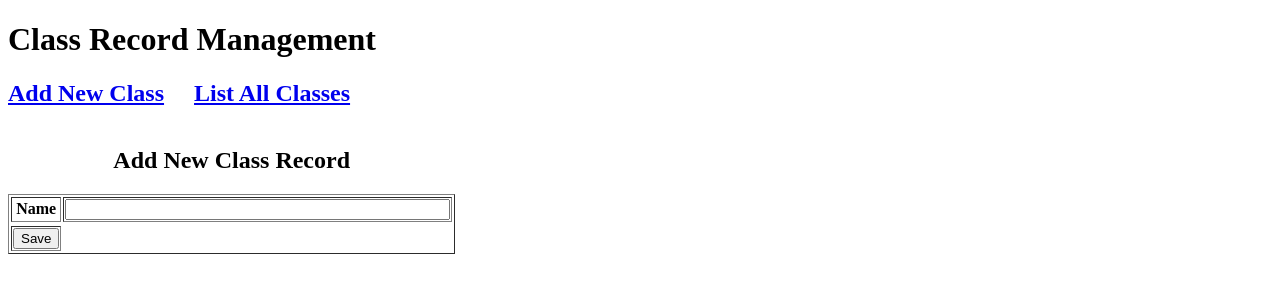
Repository: ashkumar661/Phase-2-Project
Page: http://localhost/crud-example/class-form.jsp
The author's editor kept a copy of each file at every save. The page is drawn from the files as they stood at one save, then again after the next save.
The browser window is 1280 px wide. The pictures show the whole page.
The page is served by Tomcat 9. Other server files are loaded and not shown.

Above is the page before, as saved 2022-05-15 22:13:05.

### crud-example/src/main/webapp/class-form.jsp
<%@ page language="java" contentType="text/html; charset=ISO-8859-1"
	pageEncoding="ISO-8859-1"%>
<%@ taglib prefix="c" uri="http://java.sun.com/jsp/jstl/core"%>
<!DOCTYPE HTML PUBLIC "-//W3C//DTD HTML 4.01 Transitional//EN" "http://www.w3.org/TR/html4/loose.dtd">
<html>
<head>
<title>Learner's Academy</title>
</head>
<body>
	<h1>Class Record Management</h1>
	<h2>
		<a href="<%=request.getContextPath()%>/newClass">Add New Class</a>
		&nbsp;&nbsp;&nbsp; <a href="<%=request.getContextPath()%>/listClass">List
			All Classes</a>

	</h2>
	<c:if test="${userClass != null}">
		<form action="updateClass" method="post">
	</c:if>
	<c:if test="${userClass == null}">
		<form action="insertClass" method="post">
	</c:if>
	<table border="1">
		<caption>
			<h2>
				<c:if test="${userClass != null}">
                        Edit Class Record
                    </c:if>
				<c:if test="${userClass == null}">
                        Add New Class Record
                    </c:if>
			</h2>
		</caption>
		<c:if test="${userClass != null}">
			<input type="hidden" name="id"
				value="<c:out value='${userClass.id}' />" />
		</c:if>
		<tr>
			<th>Name</th>
			<td><input type="text" name="name" size="45"
				value="<c:out value='${userClass.className}' />" /></td>
		</tr>
		<tr>
		<tr>
			<td align="center"><input type="submit" value="Save" /></td>
		</tr>
	</table>
	</form>
</body>
</html>

After the next save:
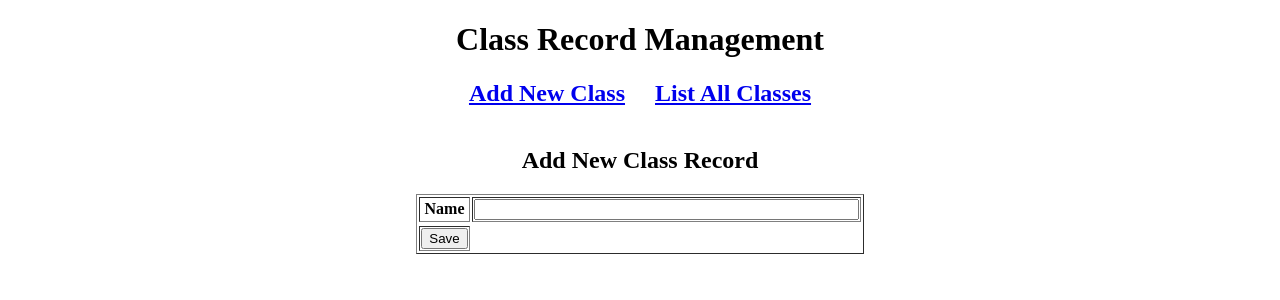
Saved 51 s later.
--- a/crud-example/src/main/webapp/class-form.jsp
+++ b/crud-example/src/main/webapp/class-form.jsp
@@ -7,44 +7,46 @@
 <title>Learner's Academy</title>
 </head>
 <body>
-	<h1>Class Record Management</h1>
-	<h2>
-		<a href="<%=request.getContextPath()%>/newClass">Add New Class</a>
-		&nbsp;&nbsp;&nbsp; <a href="<%=request.getContextPath()%>/listClass">List
-			All Classes</a>
+	<center>
+		<h1>Class Record Management</h1>
+		<h2>
+			<a href="<%=request.getContextPath()%>/newClass">Add New Class</a>
+			&nbsp;&nbsp;&nbsp; <a href="<%=request.getContextPath()%>/listClass">List
+				All Classes</a>
 
-	</h2>
-	<c:if test="${userClass != null}">
-		<form action="updateClass" method="post">
-	</c:if>
-	<c:if test="${userClass == null}">
-		<form action="insertClass" method="post">
-	</c:if>
-	<table border="1">
-		<caption>
-			<h2>
-				<c:if test="${userClass != null}">
+		</h2>
+		<c:if test="${userClass != null}">
+			<form action="updateClass" method="post">
+		</c:if>
+		<c:if test="${userClass == null}">
+			<form action="insertClass" method="post">
+		</c:if>
+		<table border="1">
+			<caption>
+				<h2>
+					<c:if test="${userClass != null}">
                         Edit Class Record
                     </c:if>
-				<c:if test="${userClass == null}">
+					<c:if test="${userClass == null}">
                         Add New Class Record
                     </c:if>
-			</h2>
-		</caption>
-		<c:if test="${userClass != null}">
-			<input type="hidden" name="id"
-				value="<c:out value='${userClass.id}' />" />
-		</c:if>
-		<tr>
-			<th>Name</th>
-			<td><input type="text" name="name" size="45"
-				value="<c:out value='${userClass.className}' />" /></td>
-		</tr>
-		<tr>
-		<tr>
-			<td align="center"><input type="submit" value="Save" /></td>
-		</tr>
-	</table>
-	</form>
+				</h2>
+			</caption>
+			<c:if test="${userClass != null}">
+				<input type="hidden" name="id"
+					value="<c:out value='${userClass.id}' />" />
+			</c:if>
+			<tr>
+				<th>Name</th>
+				<td><input type="text" name="name" size="45"
+					value="<c:out value='${userClass.className}' />" /></td>
+			</tr>
+			<tr>
+			<tr>
+				<td align="center"><input type="submit" value="Save" /></td>
+			</tr>
+		</table>
+		</form>
+	</center>
 </body>
 </html>
